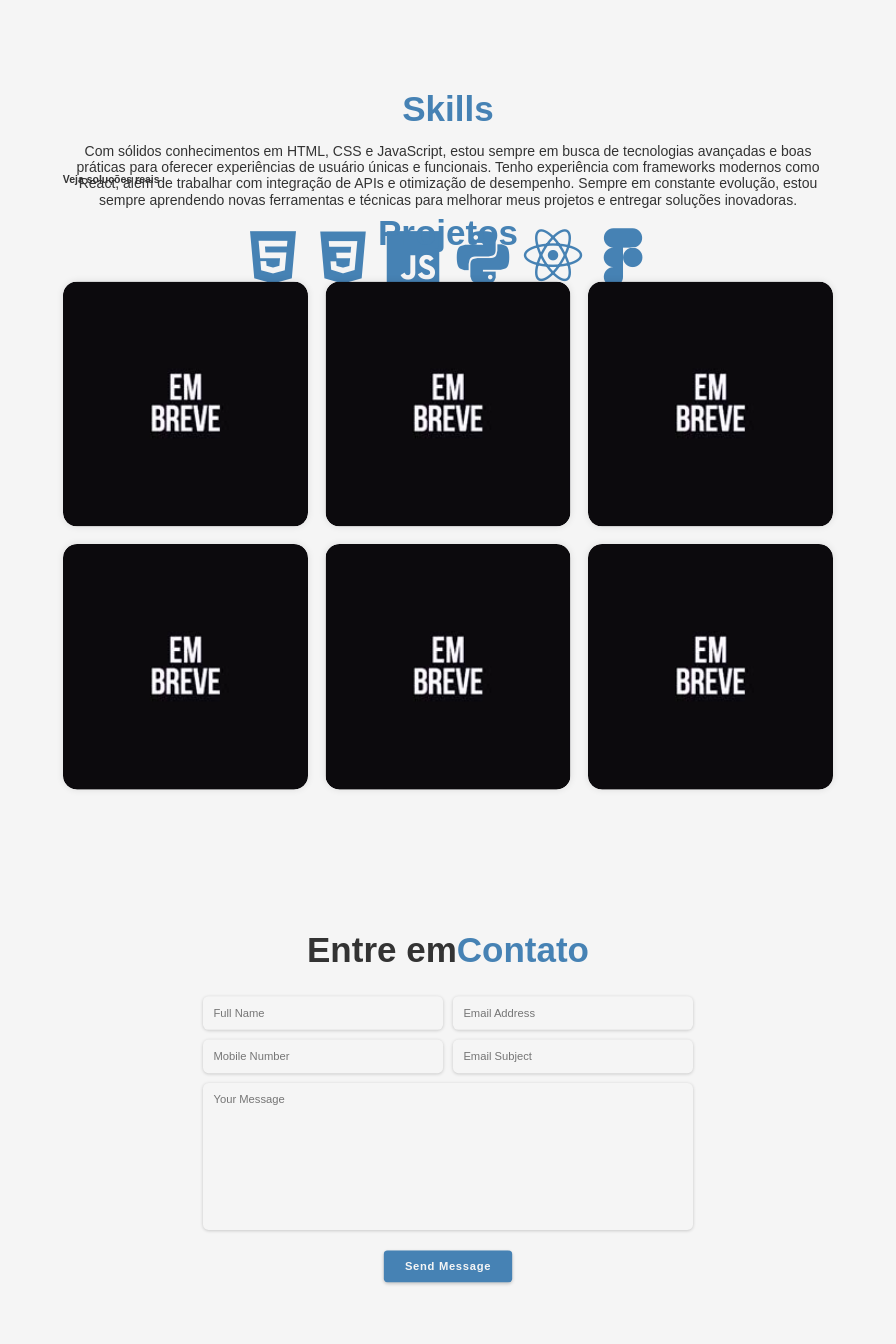
Repository: AliciaKathleen/portfolio-2025
Page: index.html
The author's editor kept a copy of each file at every save. The page is drawn from the files as they stood at one save, then again after the next save.
The browser window is 1280 px wide. The pictures show the part of the page from y = 2183 to 4103 px (the page is 4199 px tall before and 4142 px after), at 70% of full size.

Above is the page before, as saved 2025-01-27 18:01:40.
Console error: TypeError: Cannot read properties of null (reading 'classList')

### index.html
<!DOCTYPE html>
<html lang="en">
<head>
    <meta charset="UTF-8">
    <meta http-equiv="X-UA-Compatible" content="IE=edge">
    <meta name="viewport" content="width=device-width, initial-scale=1.0">
    <link rel="stylesheet" href="https://cdn.jsdelivr.net/npm/swiper@9/swiper-bundle.min.css" />
    <link href='https://unpkg.com/boxicons@2.1.4/css/boxicons.min.css' rel='stylesheet'>
    <link rel="stylesheet" href="style.css">
    <title>Alícia Kathleen</title>
</head>
<body>
    <header class="header">
        <a href="#" class="logo">Alícia Kathleen</a>

        <nav class="navbar">
            <a href="#home" class="active">Home</a>
            <a href="#about">Sobre</a>
            <a href="#services">Serviços</a>
            <a href="#portfolio">Projetos</a>
            <a href="#contact">Contato</a>
        </nav>

        <div class="bx bx-moon" id="darkMode-icon"></div>
        <div class="bx bx-menu" id="menu-icon"></div>
    </header>

    <section class="home" id="home">
        <div class="home-content">
            <h3>Olá, eu sou</h3>
            <h1>Alícia Kathleen</h1>
            <p>
                Sou uma desenvolvedora Front-End apaixonada por criar interfaces modernas e funcionais, unindo criatividade e tecnologia para proporcionar experiências digitais únicas. Com uma trajetória inicial no design gráfico, utilizo meu olhar apurado para detalhes e usabilidade para transformar ideias em projetos visuais impactantes. Estou sempre buscando aprender e crescer com novos desafios.
            </p>
            <div class="social-media">
                <a href="#"><i class='bx bxl-linkedin'></i></a>
                <a href="#"><i class='bx bxl-github'></i></a>
            </div>

            <a href="#" class="btn">CURRÍCULO</a>
        </div>

        <div class="profession-container">
            <div class="profession-box">
            </div>
            <div class="overlay"></div>
        </div>

        <div class="home-img">
            <img src="" alt="">
        </div>
    </section>

    <section class="about" id="about">
        <div class="about-img">
            <img src="images/portfolio.jpg" alt="">
        </div>

        <div class="about-content">
            <h2 class="heading">Sobre <span>Mim</span></h2>
            <h3>
                Olá! Seja bem-vindo(a) ao meu portfólio! Sou uma desenvolvedora Front-End apaixonada por criar soluções digitais modernas e funcionais. Amo aprender novas tecnologias, resolver problemas com código e transformar ideias em projetos reais.
            </h3>
            <p>
                Aqui você vai encontrar alguns dos meus trabalhos, além de conhecer um pouco mais sobre minha trajetória no desenvolvimento web. Estou sempre em busca de novos desafios e oportunidades para crescer e evoluir como profissional.
            </p>
            <p>
                Sinta-se à vontade para explorar meu portfólio!
            </p>
        </div>
    </section>

    <section class="services" id="services">
        <h2 class="heading">Explore Meus <span>Trabalhos</span></h2>
        <div class="services-container">
            <div class="services-box">
                <i class='bx bx-code-alt'></i>
                <h3>Soluções Web Modernas</h3>
                <p>Criação de sites únicos e otimizados, que unem design moderno e funcionalidade para atender às suas necessidades e destacar sua marca na web.</p>
            </div>
            <div class="services-box">
                <i class='bx bxs-paint'></i>
                <h3>Design Responsivo</h3>
                <p>Desenvolvo sites que se adaptam perfeitamente a qualquer dispositivo, garantindo acessibilidade e uma navegação fluida para todos os usuários.</p>
            </div>
            <div class="services-box">
                <i class='bx bx-brain'></i>
                <h3>Integração de Apis</h3>
                <p>Integração de APIs para adicionar funcionalidades avançadas ao seu site ou aplicativo, conectando-o a serviços externos de maneira eficiente e sem fricções.</p>
            </div>
            <div class="services-box">
                <i class='bx bx-support'></i>
                <h3>Suporte</h3>
                <p>Ofereço suporte técnico para garantir que seu site esteja sempre atualizado, funcionando perfeitamente e alinhado às suas necessidades.</p>
            </div>
            <div class="services-box">
                <i class='bx bx-objects-vertical-bottom'></i>
                <h3>Estratégias de SEO</h3>
                <p>Técnicas de SEO personalizadas para aumentar a visibilidade do site e atrair mais tráfego qualificado.</p>
            </div>
            <div class="services-box">
                <i class='bx bx-bar-chart-alt'></i>
                <h3>Projetos Escaláveis</h3>
                <p>Desenvolvo soluções web com foco na escalabilidade, garantindo que seu site cresça de acordo com a evolução do seu negócio.

                </p>
            </div>
        </div>
    </section>

    <section class="resume-detail skills" id="skills">
        <h2 class="heading"><span>Skills</span></h2>
        <div class="resume-list">
            <div class="skills-container">
                <p>
                    Com sólidos conhecimentos em HTML, CSS e JavaScript, estou sempre em busca de tecnologias avançadas e boas práticas para oferecer experiências de usuário únicas e funcionais. Tenho experiência com frameworks modernos como React, além de trabalhar com integração de APIs e otimização de desempenho. Sempre em constante evolução, estou sempre aprendendo novas ferramentas e técnicas para melhorar meus projetos e entregar soluções inovadoras.
                </p>
                <div class="resume-items">
                    <div class="resume-item">
                        <i class='bx bxl-html5'></i>
                        <span>HTML</span>
                    </div>
                    <div class="resume-item">
                        <i class='bx bxl-css3'></i>
                        <span>CSS3</span>
                    </div>
                    <div class="resume-item">
                        <i class='bx bxl-javascript'></i>
                        <span>JavaScript</span>
                    </div>
                    <div class="resume-item">
                        <i class='bx bxl-python'></i>
                        <span>Python</span>
                    </div>
                    <div class="resume-item">
                        <i class='bx bxl-react'></i>
                        <span>ReactJS</span>
                    </div>
                    <div class="resume-item">
                        <i class='bx bxl-figma'></i>
                        <span>Figma</span>
                    </div>
                </div>
            </div>
        </div>
    </section>

    <section class="portfolio" id="portfolio">
        <h2>Veja soluções reais</h2>
        <h2 class="heading"><span>Projetos</span></h2>

        <div class="portfolio-container">
            <div class="portfolio-box">
                <img src="images/portfolio.jpg" alt="">

                <div class="portfolio-layer">
                    <h4>Web Design</h4>
                    <p>Lorem ipsum dolor sit amet consectetur adipisicing elit. Similique, ipsam est.</p>
                    <a href="#"><i class='bx bx-link-external'></i></a>
                </div>
            </div>
            <div class="portfolio-box">
                <img src="images/portfolio.jpg" alt="">

                <div class="portfolio-layer">
                    <h4>Projeto em construção</h4>
                    <p>Em breve...</p>
                    <a href="#"><i class='bx bx-link-external'></i></a>
                </div>
            </div>
            <div class="portfolio-box">
                <img src="images/portfolio.jpg" alt="">

                <div class="portfolio-layer">
                    <h4>Projeto em construção</h4>
                    <p>Em breve...</p>
                    <a href="#"><i class='bx bx-link-external'></i></a>
                </div>
            </div>
            <div class="portfolio-box">
                <img src="images/portfolio.jpg" alt="">

                <div class="portfolio-layer">
                    <h4>Projeto em construção</h4>
                    <p>Em breve...</p>
                    <a href="#"><i class='bx bx-link-external'></i></a>
                </div>
            </div>
            <div class="portfolio-box">
                <img src="images/portfolio.jpg" alt="">

                <div class="portfolio-layer">
                    <h4>Projeto em construção</h4>
                    <p>Em breve...</p>
                    <a href="#"><i class='bx bx-link-external'></i></a>
                </div>
            </div>
            <div class="portfolio-box">
                <img src="images/portfolio.jpg" alt="">

                <div class="portfolio-layer">
                    <h4>Projeto em construção</h4>
                    <p>Em breve...</p>
                    <a href="#"><i class='bx bx-link-external'></i></a>
                </div>
            </div>
        </div>
    </section>

    <section class="contact" id="contact">
        <h2 class="heading">Entre em<span>Contato</span></h2>

        <form action="#">
            <div class="input-box">
                <input type="text" placeholder="Full Name">
                <input type="email" placeholder="Email Address">
            </div>
            <div class="input-box">
                <input type="number" placeholder="Mobile Number">
                <input type="text" placeholder="Email Subject">
            </div>
            <textarea name="" id="" cols="30" rows="10" placeholder="Your Message"></textarea>
            <input type="submit" value="Send Message" class="btn">
        </form>
    </section>

    <footer class="footer">
        <div class="footer-text">
            <p>Copyright &copy; 2025 | Todos os direitos reservados.</p>
        </div>

        <div class="footer-iconTop">
            <a href="#home"><i class='bx bx-up-arrow-alt'></i></a>
        </div>
    </footer>

    <script src="https://unpkg.com/scrollreveal"></script>
    <script src="https://cdn.jsdelivr.net/npm/swiper@9/swiper-bundle.min.js"></script>
    <script src="script.js"></script>
</body>
</html>

Loaded but not shown: script.js (67 lines, source omitted); style.css (894 lines, source omitted)

After the next save:
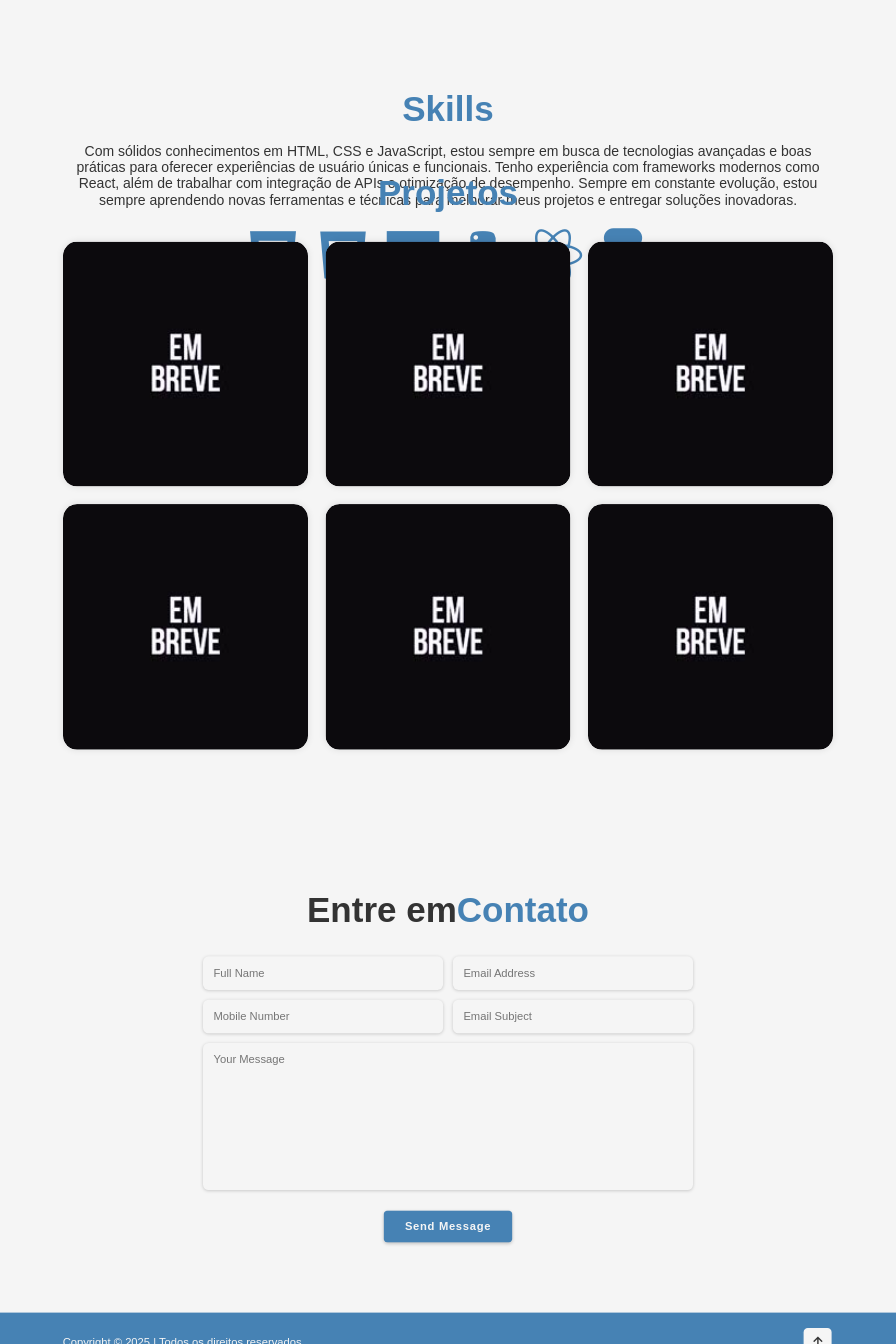
Saved 21 s later.
--- a/index.html
+++ b/index.html
@@ -146,7 +146,6 @@
     </section>
 
     <section class="portfolio" id="portfolio">
-        <h2>Veja soluções reais</h2>
         <h2 class="heading"><span>Projetos</span></h2>
 
         <div class="portfolio-container">
